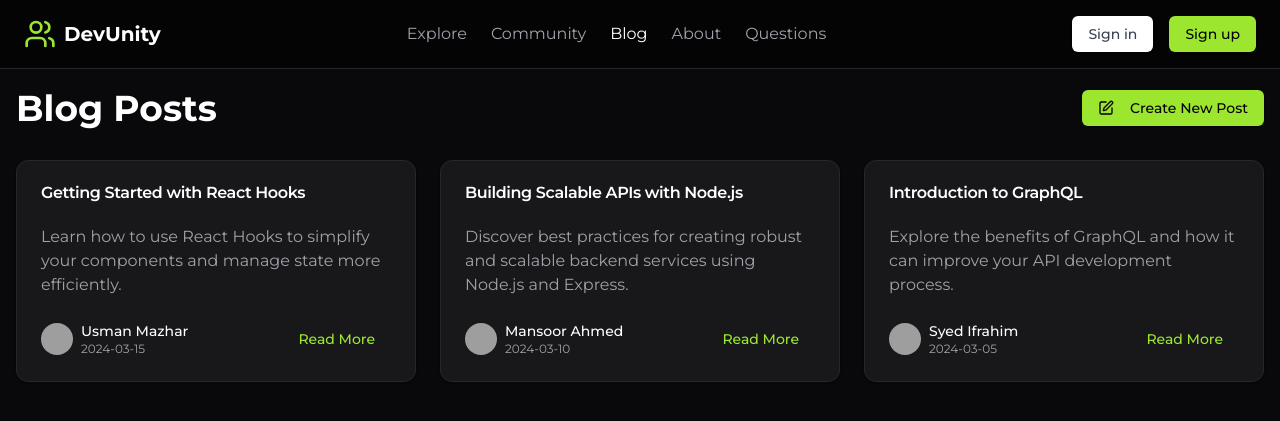
Repository: asadullah48/asadullahshafique_devunity
Page: /blogs
These files come from the project's save history. The page is drawn as it stood at one moment and after the next save; the edit follows.
The browser window is 1280 px wide. The pictures show the whole page.
Pictures or frames that could not be fetched are drawn as grey boxes. The project was rebuilt for these pictures with package versions that can differ from the ones it lists, and the page was loaded fresh each time. The framework's server and built-in components were replaced by stand-ins that run in the browser. Also part of the build but not shown: next.config.js, next.config.ts.

Above is the page before, as saved 2024-11-10 10:26:50.

### src/app/layout.tsx
import type { Metadata } from "next";
import "./globals.css";
import { Montserrat } from "next/font/google";
import Navbar from "@/components/Navbar";

const montserrat = Montserrat({ subsets: ["latin"] });

export const metadata: Metadata = {
  title: "DevUnity",
  description:
    "A collaborative platform for developers to share knowledge, answer questions, and publish blogs",
};

export default function RootLayout({
  children,
}: Readonly<{
  children: React.ReactNode;
}>) {
  return (
    <html lang="en">
      <body className={montserrat.className}>
        <Navbar />
        {children}
      </body>
    </html>
  );
}

### src/app/blogs/page.tsx
import Link from "next/link";
import { Button } from "@/components/ui/button";
import {
  Card,
  CardContent,
  CardFooter,
  CardHeader,
  CardTitle,
} from "@/components/ui/card";
import { Avatar, AvatarFallback, AvatarImage } from "@/components/ui/avatar";
import { PenSquare } from "lucide-react";

export default function BlogPage() {
  const blogPosts = [
    {
      title: "Getting Started with React Hooks",
      excerpt:
        "Learn how to use React Hooks to simplify your components and manage state more efficiently.",
      author: "Usman Mazhar",
      date: "2024-03-15",
      avatar: "/placeholder.svg?height=50&width=50",
    },
    {
      title: "Building Scalable APIs with Node.js",
      excerpt:
        "Discover best practices for creating robust and scalable backend services using Node.js and Express.",
      author: "Mansoor Ahmed",
      date: "2024-03-10",
      avatar: "/placeholder.svg?height=50&width=50",
    },
    {
      title: "Introduction to GraphQL",
      excerpt:
        "Explore the benefits of GraphQL and how it can improve your API development process.",
      author: "Syed Ifrahim ",
      date: "2024-03-05",
      avatar: "/placeholder.svg?height=50&width=50",
    },
  ];

  return (
    <div className="min-h-screen bg-zinc-950">
      <div className="container mx-auto px-4 py-8">
        <div className="flex justify-between items-center mb-8 mt-12 md:mt-14">
          <h1 className="text-2xl md:text-4xl font-bold text-white">
            Blog Posts
          </h1>
          <Button className="bg-[#9CE630] text-black hover:bg-[#8BD520]">
            <PenSquare className="mr-2 h-4 w-4" />
            Create New Post
          </Button>
        </div>
        <div className="grid gap-6 md:grid-cols-2 lg:grid-cols-3">
          {blogPosts.map((post, index) => (
            <Card key={index} className="bg-zinc-900 border-zinc-800">
              <CardHeader>
                <CardTitle className="text-white">{post.title}</CardTitle>
              </CardHeader>
              <CardContent>
                <p className="text-zinc-400">{post.excerpt}</p>
              </CardContent>
              <CardFooter className="flex justify-between items-center">
                <div className="flex items-center space-x-2">
                  <Avatar className="h-8 w-8">
                    <AvatarImage src={post.avatar} alt={post.author} />
                    <AvatarFallback>
                      {post.author
                        .split(" ")
                        .map((n) => n[0])
                        .join("")}
                    </AvatarFallback>
                  </Avatar>
                  <div>
                    <p className="text-sm font-medium text-white">
                      {post.author}
                    </p>
                    <p className="text-xs text-zinc-400">{post.date}</p>
                  </div>
                </div>
                <Button
                  variant="ghost"
                  className="text-[#9CE630] hover:text-[#8BD520] hover:bg-zinc-800"
                >
                  Read More
                </Button>
              </CardFooter>
            </Card>
          ))}
        </div>
      </div>
    </div>
  );
}

### src/app/globals.css
@tailwind base;
@tailwind components;
@tailwind utilities;
@layer base {
  :root {
    --background: 0 0% 100%;
    --foreground: 0 0% 3.9%;
    --card: 0 0% 100%;
    --card-foreground: 0 0% 3.9%;
    --popover: 0 0% 100%;
    --popover-foreground: 0 0% 3.9%;
    --primary: 0 0% 9%;
    --primary-foreground: 0 0% 98%;
    --secondary: 0 0% 96.1%;
    --secondary-foreground: 0 0% 9%;
    --muted: 0 0% 96.1%;
    --muted-foreground: 0 0% 45.1%;
    --accent: 0 0% 96.1%;
    --accent-foreground: 0 0% 9%;
    --destructive: 0 84.2% 60.2%;
    --destructive-foreground: 0 0% 98%;
    --border: 0 0% 89.8%;
    --input: 0 0% 89.8%;
    --ring: 0 0% 3.9%;
    --chart-1: 12 76% 61%;
    --chart-2: 173 58% 39%;
    --chart-3: 197 37% 24%;
    --chart-4: 43 74% 66%;
    --chart-5: 27 87% 67%;
    --radius: 0.5rem;
  }
  .dark {
    --background: 0 0% 3.9%;
    --foreground: 0 0% 98%;
    --card: 0 0% 3.9%;
    --card-foreground: 0 0% 98%;
    --popover: 0 0% 3.9%;
    --popover-foreground: 0 0% 98%;
    --primary: 0 0% 98%;
    --primary-foreground: 0 0% 9%;
    --secondary: 0 0% 14.9%;
    --secondary-foreground: 0 0% 98%;
    --muted: 0 0% 14.9%;
    --muted-foreground: 0 0% 63.9%;
    --accent: 0 0% 14.9%;
    --accent-foreground: 0 0% 98%;
    --destructive: 0 62.8% 30.6%;
    --destructive-foreground: 0 0% 98%;
    --border: 0 0% 14.9%;
    --input: 0 0% 14.9%;
    --ring: 0 0% 83.1%;
    --chart-1: 220 70% 50%;
    --chart-2: 160 60% 45%;
    --chart-3: 30 80% 55%;
    --chart-4: 280 65% 60%;
    --chart-5: 340 75% 55%;
  }
}
@layer base {
  * {
    @apply border-border;
  }
  body {
    @apply bg-background text-foreground;
  }
}

@keyframes fade-in-up {
  from {
    opacity: 0;
    transform: translateY(20px);
  }
  to {
    opacity: 1;
    transform: translateY(0);
  }
}

.animate-fade-in-up {
  animation: fade-in-up 1s ease-out;
}

.animation-delay-1000 {
  animation-delay: 1s;
}

### src/components/Navbar.tsx
// "use client";

// import React, { useState } from "react";
// import Link from "next/link";
// import { Button } from "@/components/ui/button";
// import { Users } from "lucide-react";
// import { CgMenuRight } from "react-icons/cg";
// import {
//   Sheet,
//   SheetContent,
//   SheetTitle,
//   SheetTrigger,
// } from "@/components/ui/sheet";
// import { usePathname } from "next/navigation";

// const Navbar = () => {
//   const [isOpen, setIsOpen] = useState(false);
//   const pathname = usePathname();

//   const closeSheet = () => setIsOpen(false);

//   return (
//     <nav className="border-b z-50 absolute w-full bg-black/50 border-zinc-800">
//       <div className="container mx-auto flex items-center justify-between p-4 lg:px-6">
//         <Link className="flex items-center space-x-2" href="/">
//           <Users className="h-8 w-8 text-[#9CE630]" />
//           <span className="text-xl font-bold text-white">DevUnity</span>
//         </Link>
//         <div className="hidden lg:flex items-center space-x-6">
//           <Link className="text-zinc-400 hover:text-white" href="/explore">
//             Explore
//           </Link>
//           <Link className="text-zinc-400 hover:text-white" href="/community">
//             Community
//           </Link>
//           <Link className="text-zinc-400 hover:text-white" href="/blogs">
//             Blog
//           </Link>
//           <Link className="text-zinc-400 hover:text-white" href="/about">
//             About
//           </Link>
//           <Link className="text-zinc-400 hover:text-white" href="/question">
//             Questions
//           </Link>
//         </div>
//         <div className="flex items-center space-x-4">
//           <Button className="text-gray-700 hover:text-black bg-white hover:bg-white/80 ">
//             Sign in
//           </Button>
//           <Button className="bg-[#9CE630] text-black hover:bg-[#8BD520] hidden lg:block">
//             Sign up
//           </Button>
//           <Sheet open={isOpen} onOpenChange={setIsOpen}>
//             <SheetTrigger asChild className="lg:hidden">
//               <CgMenuRight className="h-6 w-6 text-white" />
//             </SheetTrigger>
//             <SheetContent
//               side="right"
//               className="w-[300px] sm:w-[400px] bg-zinc-900 border-none"
//             >
//               <Link href="/" onClick={closeSheet}>
//                 <SheetTitle className="text-bold text-white flex items-center">
//                   <Users className="mr-2 text-[#9CE630]" />
//                   DevUnity
//                 </SheetTitle>
//               </Link>
//               <nav className="flex flex-col space-y-4 mt-8">
//                 <Link
//                   className="text-zinc-400 hover:text-white"
//                   href="/explore"
//                   onClick={closeSheet}
//                 >
//                   Explore
//                 </Link>
//                 <Link
//                   className="text-zinc-400 hover:text-white"
//                   href="/community"
//                   onClick={closeSheet}
//                 >
//                   Community
//                 </Link>
//                 <Link
//                   className="text-zinc-400 hover:text-white"
//                   href="/blogs"
//                   onClick={closeSheet}
//                 >
//                   Blog
//                 </Link>
//                 <Link
//                   className="text-zinc-400 hover:text-white"
//                   href="/about"
//                   onClick={closeSheet}
//                 >
//                   About
//                 </Link>
//                 <Link
//                   className="text-zinc-400 hover:text-white"
//                   href="/question"
//                   onClick={closeSheet}
//                 >
//                   Questions
//                 </Link>
//                 <Button
//                   className="bg-[#9CE630] text-black hover:bg-[#8BD520] w-full mt-4"
//                   onClick={closeSheet}
//                 >
//                   Sign up
//                 </Button>
//               </nav>
//             </SheetContent>
//           </Sheet>
//         </div>
//       </div>
//     </nav>
//   );
// };

// export default Navbar;

"use client";

import React, { useState } from "react";
import Link from "next/link";
import { Button } from "@/components/ui/button";
import { Users } from "lucide-react";
import { CgMenuRight } from "react-icons/cg";
import {
  Sheet,
  SheetContent,
  SheetTitle,
  SheetTrigger,
} from "@/components/ui/sheet";
import { usePathname } from "next/navigation";

const Navbar = () => {
  const [isOpen, setIsOpen] = useState(false);
  const pathname = usePathname(); // Get the current path

  const closeSheet = () => setIsOpen(false);

  // Function to set active class based on path
  const linkClasses = (path: any) =>
    pathname === path ? "text-white" : "text-zinc-400 hover:text-white";

  return (
    <nav className="border-b z-50 absolute w-full bg-black/50 border-zinc-800">
      <div className="container mx-auto flex items-center justify-between p-4 lg:px-6">
        <Link className="flex items-center space-x-2" href="/">
          <Users className="h-8 w-8 text-[#9CE630]" />
          <span className="text-xl font-bold text-white">DevUnity</span>
        </Link>
        <div className="hidden lg:flex items-center space-x-6">
          <Link className={linkClasses("/explore")} href="/explore">
            Explore
          </Link>
          <Link className={linkClasses("/community")} href="/community">
            Community
          </Link>
          <Link className={linkClasses("/blogs")} href="/blogs">
            Blog
          </Link>
          <Link className={linkClasses("/about")} href="/about">
            About
          </Link>
          <Link className={linkClasses("/question")} href="/question">
            Questions
          </Link>
        </div>
        <div className="flex items-center space-x-4">
          <Button className="text-gray-700 hover:text-black bg-white hover:bg-white/80 ">
            Sign in
          </Button>
          <Button className="bg-[#9CE630] text-black hover:bg-[#8BD520] hidden lg:block">
            Sign up
          </Button>
          <Sheet open={isOpen} onOpenChange={setIsOpen}>
            <SheetTrigger asChild className="lg:hidden">
              <CgMenuRight className="h-6 w-6 text-white" />
            </SheetTrigger>
            <SheetContent
              side="right"
              className="w-[300px] sm:w-[400px] bg-zinc-900 border-none"
            >
              <Link href="/" onClick={closeSheet}>
                <SheetTitle className="text-bold text-white flex items-center">
                  <Users className="mr-2 text-[#9CE630]" />
                  DevUnity
                </SheetTitle>
              </Link>
              <nav className="flex flex-col space-y-4 mt-8">
                <Link
                  className={linkClasses("/explore")}
                  href="/explore"
                  onClick={closeSheet}
                >
                  Explore
                </Link>
                <Link
                  className={linkClasses("/community")}
                  href="/community"
                  onClick={closeSheet}
                >
                  Community
                </Link>
                <Link
                  className={linkClasses("/blogs")}
                  href="/blogs"
                  onClick={closeSheet}
                >
                  Blog
                </Link>
                <Link
                  className={linkClasses("/about")}
                  href="/about"
                  onClick={closeSheet}
                >
                  About
                </Link>
                <Link
                  className={linkClasses("/question")}
                  href="/question"
                  onClick={closeSheet}
                >
                  Questions
                </Link>
                <Button
                  className="bg-[#9CE630] text-black hover:bg-[#8BD520] w-full mt-4"
                  onClick={closeSheet}
                >
                  Sign up
                </Button>
              </nav>
            </SheetContent>
          </Sheet>
        </div>
      </div>
    </nav>
  );
};

export default Navbar;

### src/components/ui/button.tsx
import * as React from "react"
import { Slot } from "@radix-ui/react-slot"
import { cva, type VariantProps } from "class-variance-authority"

import { cn } from "@/lib/utils"

const buttonVariants = cva(
  "inline-flex items-center justify-center gap-2 whitespace-nowrap rounded-md text-sm font-medium transition-colors focus-visible:outline-none focus-visible:ring-1 focus-visible:ring-ring disabled:pointer-events-none disabled:opacity-50 [&_svg]:pointer-events-none [&_svg]:size-4 [&_svg]:shrink-0",
  {
    variants: {
      variant: {
        default:
          "bg-primary text-primary-foreground shadow hover:bg-primary/90",
        destructive:
          "bg-destructive text-destructive-foreground shadow-sm hover:bg-destructive/90",
        outline:
          "border border-input bg-background shadow-sm hover:bg-accent hover:text-accent-foreground",
        secondary:
          "bg-secondary text-secondary-foreground shadow-sm hover:bg-secondary/80",
        ghost: "hover:bg-accent hover:text-accent-foreground",
        link: "text-primary underline-offset-4 hover:underline",
      },
      size: {
        default: "h-9 px-4 py-2",
        sm: "h-8 rounded-md px-3 text-xs",
        lg: "h-10 rounded-md px-8",
        icon: "h-9 w-9",
      },
    },
    defaultVariants: {
      variant: "default",
      size: "default",
    },
  }
)

export interface ButtonProps
  extends React.ButtonHTMLAttributes<HTMLButtonElement>,
    VariantProps<typeof buttonVariants> {
  asChild?: boolean
}

const Button = React.forwardRef<HTMLButtonElement, ButtonProps>(
  ({ className, variant, size, asChild = false, ...props }, ref) => {
    const Comp = asChild ? Slot : "button"
    return (
      <Comp
        className={cn(buttonVariants({ variant, size, className }))}
        ref={ref}
        {...props}
      />
    )
  }
)
Button.displayName = "Button"

export { Button, buttonVariants }

### src/components/ui/card.tsx
import * as React from "react"

import { cn } from "@/lib/utils"

const Card = React.forwardRef<
  HTMLDivElement,
  React.HTMLAttributes<HTMLDivElement>
>(({ className, ...props }, ref) => (
  <div
    ref={ref}
    className={cn(
      "rounded-xl border bg-card text-card-foreground shadow",
      className
    )}
    {...props}
  />
))
Card.displayName = "Card"

const CardHeader = React.forwardRef<
  HTMLDivElement,
  React.HTMLAttributes<HTMLDivElement>
>(({ className, ...props }, ref) => (
  <div
    ref={ref}
    className={cn("flex flex-col space-y-1.5 p-6", className)}
    {...props}
  />
))
CardHeader.displayName = "CardHeader"

const CardTitle = React.forwardRef<
  HTMLDivElement,
  React.HTMLAttributes<HTMLDivElement>
>(({ className, ...props }, ref) => (
  <div
    ref={ref}
    className={cn("font-semibold leading-none tracking-tight", className)}
    {...props}
  />
))
CardTitle.displayName = "CardTitle"

const CardDescription = React.forwardRef<
  HTMLDivElement,
  React.HTMLAttributes<HTMLDivElement>
>(({ className, ...props }, ref) => (
  <div
    ref={ref}
    className={cn("text-sm text-muted-foreground", className)}
    {...props}
  />
))
CardDescription.displayName = "CardDescription"

const CardContent = React.forwardRef<
  HTMLDivElement,
  React.HTMLAttributes<HTMLDivElement>
>(({ className, ...props }, ref) => (
  <div ref={ref} className={cn("p-6 pt-0", className)} {...props} />
))
CardContent.displayName = "CardContent"

const CardFooter = React.forwardRef<
  HTMLDivElement,
  React.HTMLAttributes<HTMLDivElement>
>(({ className, ...props }, ref) => (
  <div
    ref={ref}
    className={cn("flex items-center p-6 pt-0", className)}
    {...props}
  />
))
CardFooter.displayName = "CardFooter"

export { Card, CardHeader, CardFooter, CardTitle, CardDescription, CardContent }

### src/components/ui/avatar.tsx
"use client"

import * as React from "react"
import * as AvatarPrimitive from "@radix-ui/react-avatar"

import { cn } from "@/lib/utils"

const Avatar = React.forwardRef<
  React.ElementRef<typeof AvatarPrimitive.Root>,
  React.ComponentPropsWithoutRef<typeof AvatarPrimitive.Root>
>(({ className, ...props }, ref) => (
  <AvatarPrimitive.Root
    ref={ref}
    className={cn(
      "relative flex h-10 w-10 shrink-0 overflow-hidden rounded-full",
      className
    )}
    {...props}
  />
))
Avatar.displayName = AvatarPrimitive.Root.displayName

const AvatarImage = React.forwardRef<
  React.ElementRef<typeof AvatarPrimitive.Image>,
  React.ComponentPropsWithoutRef<typeof AvatarPrimitive.Image>
>(({ className, ...props }, ref) => (
  <AvatarPrimitive.Image
    ref={ref}
    className={cn("aspect-square h-full w-full", className)}
    {...props}
  />
))
AvatarImage.displayName = AvatarPrimitive.Image.displayName

const AvatarFallback = React.forwardRef<
  React.ElementRef<typeof AvatarPrimitive.Fallback>,
  React.ComponentPropsWithoutRef<typeof AvatarPrimitive.Fallback>
>(({ className, ...props }, ref) => (
  <AvatarPrimitive.Fallback
    ref={ref}
    className={cn(
      "flex h-full w-full items-center justify-center rounded-full bg-muted",
      className
    )}
    {...props}
  />
))
AvatarFallback.displayName = AvatarPrimitive.Fallback.displayName

export { Avatar, AvatarImage, AvatarFallback }

### src/components/ui/sheet.tsx
"use client"

import * as React from "react"
import * as SheetPrimitive from "@radix-ui/react-dialog"
import { cva, type VariantProps } from "class-variance-authority"
import { X } from "lucide-react"

import { cn } from "@/lib/utils"

const Sheet = SheetPrimitive.Root

const SheetTrigger = SheetPrimitive.Trigger

const SheetClose = SheetPrimitive.Close

const SheetPortal = SheetPrimitive.Portal

const SheetOverlay = React.forwardRef<
  React.ElementRef<typeof SheetPrimitive.Overlay>,
  React.ComponentPropsWithoutRef<typeof SheetPrimitive.Overlay>
>(({ className, ...props }, ref) => (
  <SheetPrimitive.Overlay
    className={cn(
      "fixed inset-0 z-50 bg-black/80  data-[state=open]:animate-in data-[state=closed]:animate-out data-[state=closed]:fade-out-0 data-[state=open]:fade-in-0",
      className
    )}
    {...props}
    ref={ref}
  />
))
SheetOverlay.displayName = SheetPrimitive.Overlay.displayName

const sheetVariants = cva(
  "fixed z-50 gap-4 bg-background p-6 shadow-lg transition ease-in-out data-[state=closed]:duration-300 data-[state=open]:duration-500 data-[state=open]:animate-in data-[state=closed]:animate-out",
  {
    variants: {
      side: {
        top: "inset-x-0 top-0 border-b data-[state=closed]:slide-out-to-top data-[state=open]:slide-in-from-top",
        bottom:
          "inset-x-0 bottom-0 border-t data-[state=closed]:slide-out-to-bottom data-[state=open]:slide-in-from-bottom",
        left: "inset-y-0 left-0 h-full w-3/4 border-r data-[state=closed]:slide-out-to-left data-[state=open]:slide-in-from-left sm:max-w-sm",
        right:
          "inset-y-0 right-0 h-full w-3/4 border-l data-[state=closed]:slide-out-to-right data-[state=open]:slide-in-from-right sm:max-w-sm",
      },
    },
    defaultVariants: {
      side: "right",
    },
  }
)

interface SheetContentProps
  extends React.ComponentPropsWithoutRef<typeof SheetPrimitive.Content>,
    VariantProps<typeof sheetVariants> {}

const SheetContent = React.forwardRef<
  React.ElementRef<typeof SheetPrimitive.Content>,
  SheetContentProps
>(({ side = "right", className, children, ...props }, ref) => (
  <SheetPortal>
    <SheetOverlay />
    <SheetPrimitive.Content
      ref={ref}
      className={cn(sheetVariants({ side }), className)}
      {...props}
    >
      <SheetPrimitive.Close className="absolute right-4 top-4 rounded-sm opacity-70 ring-offset-background transition-opacity hover:opacity-100 focus:outline-none focus:ring-2 focus:ring-ring focus:ring-offset-2 disabled:pointer-events-none data-[state=open]:bg-secondary">
        <X className="h-4 w-4" />
        <span className="sr-only">Close</span>
      </SheetPrimitive.Close>
      {children}
    </SheetPrimitive.Content>
  </SheetPortal>
))
SheetContent.displayName = SheetPrimitive.Content.displayName

const SheetHeader = ({
  className,
  ...props
}: React.HTMLAttributes<HTMLDivElement>) => (
  <div
    className={cn(
      "flex flex-col space-y-2 text-center sm:text-left",
      className
    )}
    {...props}
  />
)
SheetHeader.displayName = "SheetHeader"

const SheetFooter = ({
  className,
  ...props
}: React.HTMLAttributes<HTMLDivElement>) => (
  <div
    className={cn(
      "flex flex-col-reverse sm:flex-row sm:justify-end sm:space-x-2",
      className
    )}
    {...props}
  />
)
SheetFooter.displayName = "SheetFooter"

const SheetTitle = React.forwardRef<
  React.ElementRef<typeof SheetPrimitive.Title>,
  React.ComponentPropsWithoutRef<typeof SheetPrimitive.Title>
>(({ className, ...props }, ref) => (
  <SheetPrimitive.Title
    ref={ref}
    className={cn("text-lg font-semibold text-foreground", className)}
    {...props}
  />
))
SheetTitle.displayName = SheetPrimitive.Title.displayName

const SheetDescription = React.forwardRef<
  React.ElementRef<typeof SheetPrimitive.Description>,
  React.ComponentPropsWithoutRef<typeof SheetPrimitive.Description>
>(({ className, ...props }, ref) => (
  <SheetPrimitive.Description
    ref={ref}
    className={cn("text-sm text-muted-foreground", className)}
    {...props}
  />
))
SheetDescription.displayName = SheetPrimitive.Description.displayName

export {
  Sheet,
  SheetPortal,
  SheetOverlay,
  SheetTrigger,
  SheetClose,
  SheetContent,
  SheetHeader,
  SheetFooter,
  SheetTitle,
  SheetDescription,
}

Loaded but not shown: src/lib/utils.ts (common file); tailwind.config.ts (common file)

After the next save:
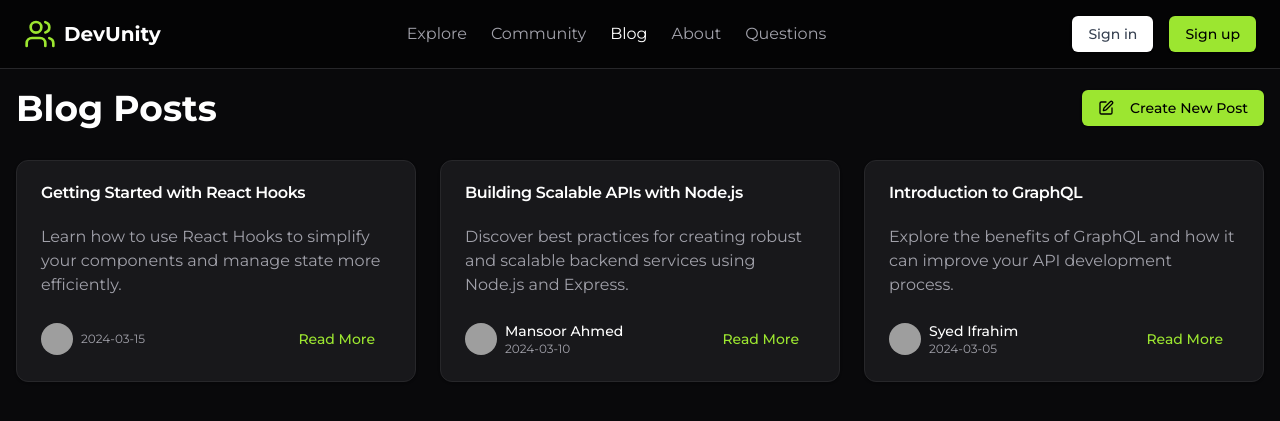
Saved 20 s later.
--- a/src/app/blogs/page.tsx
+++ b/src/app/blogs/page.tsx
@@ -16,7 +16,7 @@ export default function BlogPage() {
       title: "Getting Started with React Hooks",
       excerpt:
         "Learn how to use React Hooks to simplify your components and manage state more efficiently.",
-      author: "Usman Mazhar",
+      author: "",
       date: "2024-03-15",
       avatar: "/placeholder.svg?height=50&width=50",
     },
